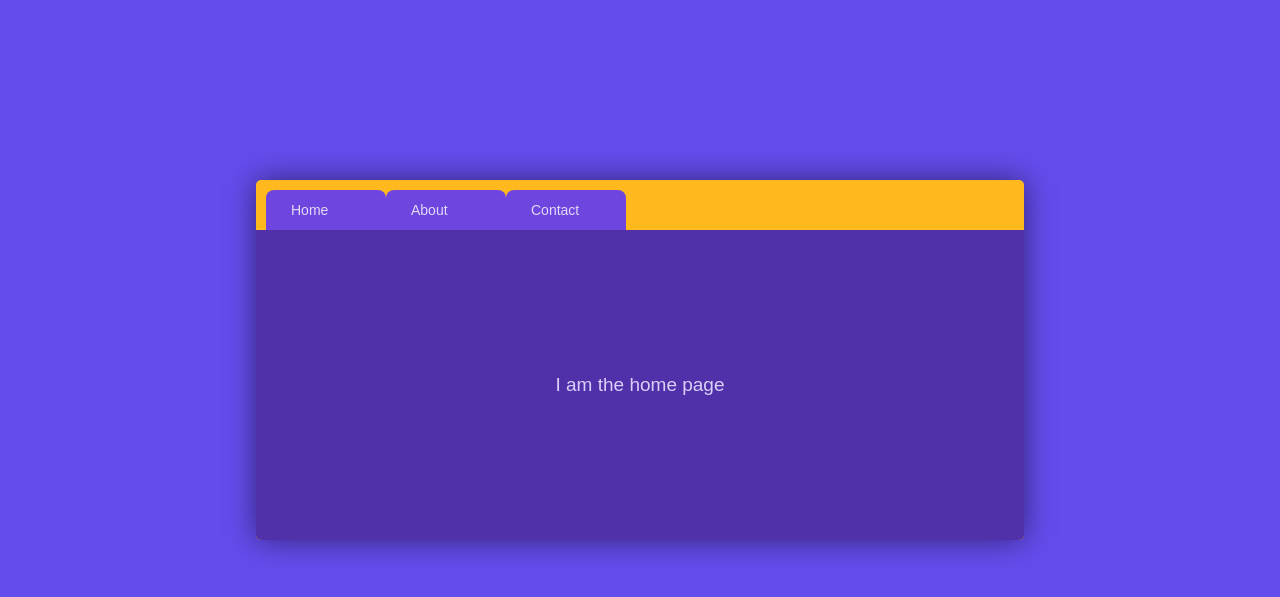
Repository: realistmccoy/browsertab
Page: /
The author's editor kept a copy of each file at every save. The page is drawn from the files as they stood at one save, then again after a run of saves.
The browser window is 1280 px wide. The pictures show the whole page.
The project was rebuilt for these pictures with package versions that can differ from the ones it lists, and the page was loaded fresh each time. Also part of the build but not shown: src/pages/About.js, src/pages/Contact.js.

Above is the page before, as saved 2020-12-21 20:46:30.

### src/App.js
import React from 'react';
import { BrowserRouter as Router, Switch, Route, Link } from 'react-router-dom';
import Tab from './components/Tab';
import Home from './pages/Home'
import About from './pages/About'
import Contact from './pages/Contact'
import './App.css';

function App() {
	return (
		<Router>
			<div className='app'>
				<div className='browser'>
					<div className='tabs'>
            <Tab>
            <Link to='/'>Home</Link>
            </Tab>
            <Tab>
            <Link to='/about'>About</Link>
            </Tab>
            <Tab>
            <Link to='/contact'>Contact</Link>
            </Tab>

					</div>
					<div className='viewport'>
            <Switch>

          <Route path='/about'>
          <About />
          </Route>
          <Route path='/contact'>
          <Contact />
          </Route>
          <Route path='/' exact={true}>
          <Home />
          </Route>
          </Switch>
          </div>
				</div>
			</div>


		</Router>
	);
}

export default App;

### src/components/Tab.js
import React, { useState } from 'react';

function Tab({ children }) {
	const [highlightStyle, setHighlightStyle] = useState({
		left: 0,
		opacity: 0,
	});
	function moveHighlight(e) {
		//update highlight
		setHighlightStyle({
			left: e.nativeEvent.layerX,
		});
	}

	function hideHighlight(e) {
		setHighlightStyle({
			opacity: 0,
			left: e.nativeEvent.layerX,
		});
	}

	return (
		<div className='tab' onMouseOut={hideHighlight} onMouseMove={moveHighlight}>
			<div className='highlight' style={highlightStyle} />
			{children}
		</div>
	);
}

export default Tab;

### src/pages/Home.js
import React from 'react';

function Home() {
	return <div>I am the home page</div>;
}

export default Home;

### src/App.css
* {
	box-sizing: border-box;
}

body {
	font-family: Arial, Helvetica, sans-serif;
	font-size: 19px;
	margin: 0;
	padding: 0;
}

.app {
	display: flex;
	align-items: center;
	justify-content: center;
	background: #634cec;
	min-height: 100vh;
}

.browser {
	display: flex;
	flex-direction: column;
	background: #ffb91f;
	border-radius: 5px;
	box-shadow: 0 0 30px rgba(0, 0, 0, 0.5);
	min-width: 60%;
	min-height: 50vh;
}

.tabs {
	flex-shrink: 1;
	padding-left: 10px;
	padding-right: 10px;
	display: flex;
	padding-top: 10px;
}

.tab {
	position: relative;
	background: #6e45df;
	min-width: 120px;
	font-size: 14px;
	border-top-left-radius: 8px;
	border-top-right-radius: 8px;
	transition: 0.3s ease all;
	overflow: hidden;
	cursor: pointer;
}

.tab a {
	display: block;
	padding: 12px 25px;
	color: #e1daf5;
	text-decoration: none;
}

.tab a.is-active {
	background: #5131a9;
	color: #eee;
}

.address-bar {
	background: #5533b3;
	padding: 8px;
}

.address-bar input {
	background: #3a2081;
	color: #eee;
	border-radius: 20px;
	border: none;
	outline: none;
	width: 100%;
	padding: 8px 20px;
	font-size: 18px;
}

.viewport {
	display: flex;
	align-items: center;
	justify-content: center;
	background: #5131a9;
	color: #dacff7;
	flex: 1;
	flex-grow: 1;
	border-bottom-left-radius: 5px;
	border-bottom-right-radius: 5px;
}

/**
 * Add your highlight code here
 */

.highlight {
	display: block;
	position: absolute;
	height: 80px;
	width: 50px;
	top: -10px;
	left: -330px;
	border-radius: 50%;
	transition: 0.3s, ease-in-out;
	opacity: 0.3;
	pointer-events: none;
	background: radial-gradient(rgb(134, 101, 225), rgba(194, 180, 233, 0));
}

Loaded but not shown: public/index.html (common file); src/index.js (common file)

After the next 2 saves:
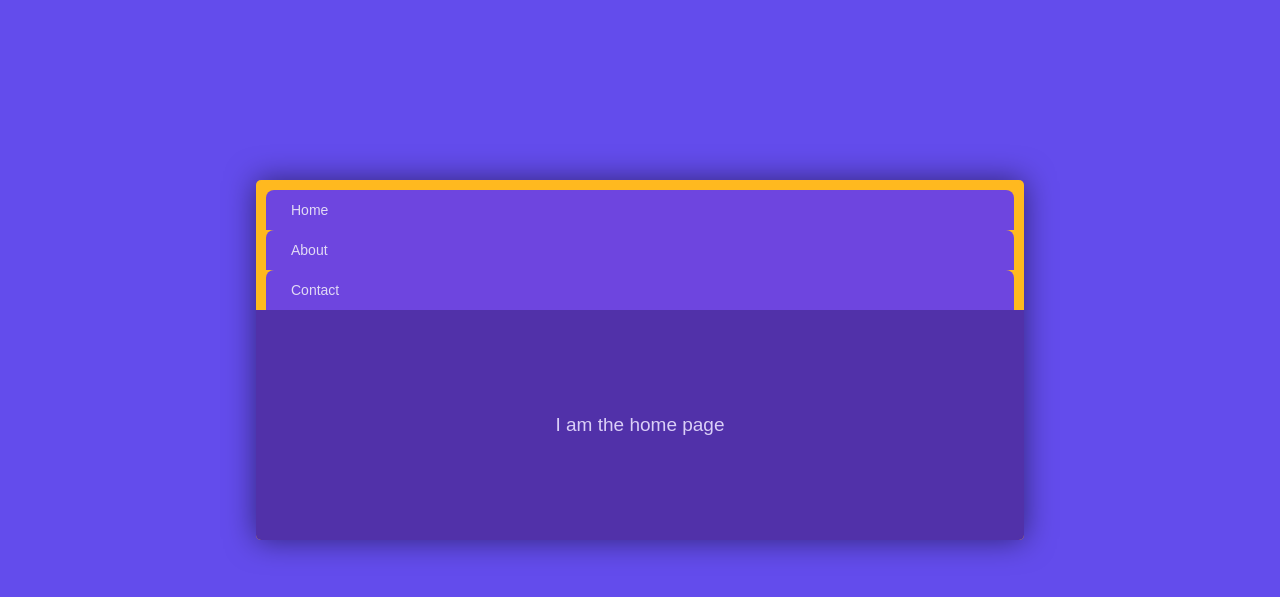
The 2 saves are shown as one change because they came seconds apart.
The last was saved 27 s later.
--- a/src/App.css
+++ b/src/App.css
@@ -31,7 +31,7 @@
 	flex-shrink: 1;
 	padding-left: 10px;
 	padding-right: 10px;
-	display: flex;
+	display:;
 	padding-top: 10px;
 }
 

After the 4 saves that followed:
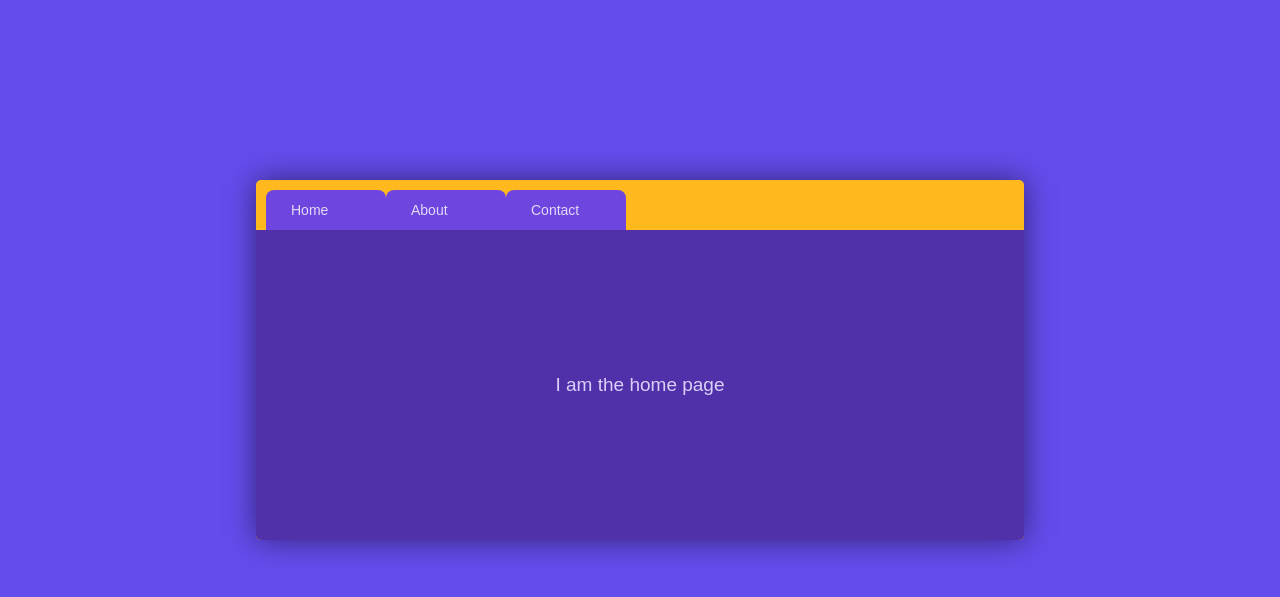
The 4 saves are shown as one change because they came seconds apart.
The last was saved 9 s later.
--- a/src/App.css
+++ b/src/App.css
@@ -31,7 +31,7 @@
 	flex-shrink: 1;
 	padding-left: 10px;
 	padding-right: 10px;
-	display:;
+	display: flex;
 	padding-top: 10px;
 }
 
